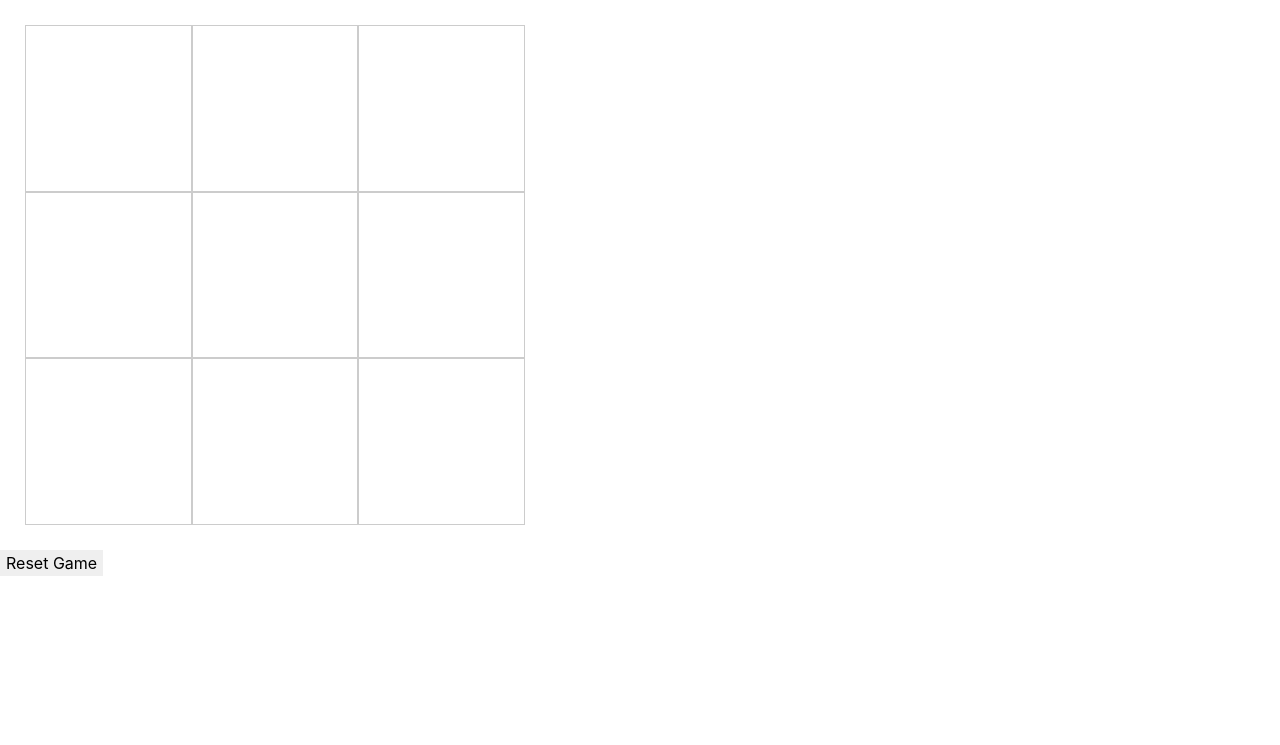
Repository: hoanguyen6611/tuhocreact
Page: / (app in my-app/)
These files come from the project's save history. The page is drawn as it stood at one moment and after a run of saves; the edit follows.
The browser window is 1280 px wide. The pictures show the whole page.
The project was rebuilt for these pictures with package versions that can differ from the ones it lists, and the page was loaded fresh each time.

Above is the page before, as saved 2022-04-07 12:31:26.

### my-app/src/App.js
import './App.css';
import Game from './components/tictactoe/Game';

function App() {
  return (
    <div>
      <Game></Game>
    </div>
  );
}

export default App;

### my-app/src/App.css
*, *::before, *::after {
  box-sizing: border-box;
}
* {
  margin: 0;
}

html, body {
  height: 100%;
}
body {
  line-height: 1.5;
  -webkit-font-smoothing: antialiased;
  -webkit-tap-highlight-color: rgba(0,0,0,0);
}

img, picture, video, canvas, svg {
  display: block;
  max-width: 100%;
}
input, button, textarea, select {
  font: inherit;
  outline: none;
  border: none;
}
p, h1, h2, h3, h4, h5, h6 {
  overflow-wrap: break-word;
}
.youtube-list {
    display: grid;
    grid-template-columns: repeat(4,1fr);
    grid-gap: 25px;
    padding: 25px;
}
.youtube-image {
    height: 250px;
    margin-bottom: 15px;
}
.youtube-image img {
    height: 100%;
    width: 100%;
    object-fit: cover;
}
.youtube-footer {
    display: flex;
    align-items: flex-start;
    gap: 0 20px;
}
.youtube-avatar {
    width: 50px;
    height: 50px;
    border-radius: 100rem;
    object-fit: cover;
    flex-shrink: 0;
}
.youtube-title {
    font-size: 18px;
    margin-bottom: 10px;
}
.youtube-author {
    font-size: 14px;
    color: #999;
    font-weight: 300;
}

### my-app/src/components/tictactoe/Game.js
import React, { useState } from 'react';
import { calculateWinner } from '../../helpers';
import Board from './Board';
import './GameStyles.css'

const Game = () => {
    const [board, setBoard] = useState(Array(9).fill(null));
    const [xIsNext, setXIsNext] = useState(true);
    const winner = calculateWinner(board);
    const handleClick = (index) =>{
        const boardCopy = [...board];
        if(winner || boardCopy[index]) return;
        boardCopy[index] = xIsNext ? 'X' : 'O';
        setBoard(boardCopy);
        setXIsNext(!xIsNext);
    };
    const handleResetGame = ()=> {
        setBoard(Array(9).fill(null));
        setXIsNext(true);
    }
    return (
        <div>
        <Board cells={board} onClick={handleClick}></Board>
        <button onClick={handleResetGame}>Reset Game</button>
        </div>
    );
};

export default Game;

### my-app/src/helpers.js
export function calculateWinner (cells) {
    const lines = [
        [0, 1, 2],
        [3, 4, 5],
        [6, 7, 8],
        [0, 3, 6],
        [1, 4, 7],
        [2, 5, 8],
        [0, 4, 8],
        [2, 4, 6]
    ];
    for (let index = 0; index < lines.length; index++) {
        const [a, b, c] = lines[index];
        if (cells[a] && cells[a]===cells[b] && cells[a]===cells[c]){
            return cells[a];
        }
    }
    return null;
}

### my-app/src/components/tictactoe/Board.js
import React from 'react';
import Cell from './Cell';

const Board = (props) => {
    return (
        <div className="game-board">
            {props.cells.map((item, index) =>(
                <Cell key={index} value={item} onClick={()=>props.onClick(index)}></Cell>
            ))}
        </div>
    );
};

export default Board;

### my-app/src/components/tictactoe/GameStyles.css
.game-board {
    margin: 25px;
    width: 500px;
    height: 500px;
    display: grid;
    grid-template-columns: repeat(3, 1fr);
    grid-template-rows: repeat(3, 1fr);
}
.game-cell {
    border: 1px solid #ccc;
    cursor: pointer;
    display: flex;
    justify-content: center;
    align-items: center;
    font-weight: bold;
    font-size:40px;
}

### my-app/src/components/tictactoe/Cell.js
import React from 'react';

const Cell = (props) => {
    return (
        <div className="game-cell" onClick={props.onClick}>
            {props.value}
        </div>
    );
};

export default Cell;

Loaded but not shown: my-app/public/index.html (common file); my-app/src/index.js (common file); my-app/src/index.css (common file); my-app/src/reportWebVitals.js (common file)

After the next 3 saves:
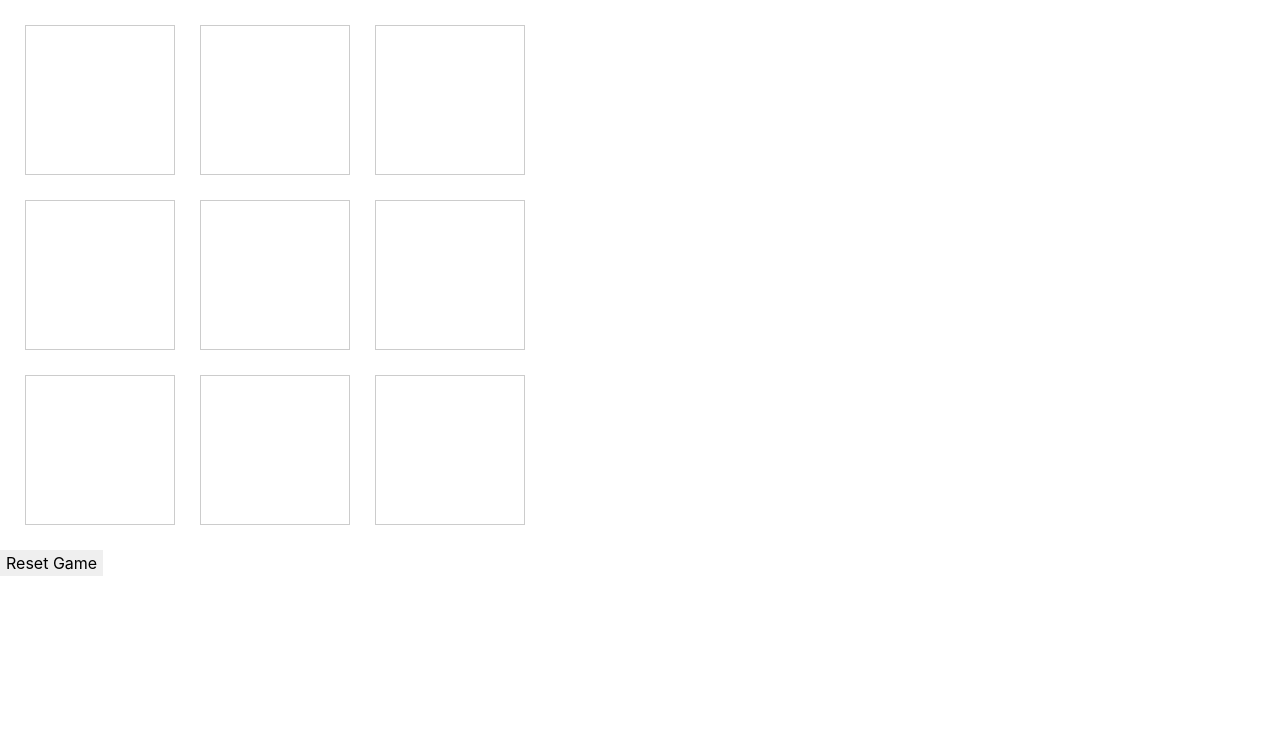
The 3 saves are shown as one change because they came seconds apart.
The last was saved 22 s later.
--- a/my-app/src/components/tictactoe/GameStyles.css
+++ b/my-app/src/components/tictactoe/GameStyles.css
@@ -5,6 +5,7 @@
     display: grid;
     grid-template-columns: repeat(3, 1fr);
     grid-template-rows: repeat(3, 1fr);
+    grid-gap: 25px;
 }
 .game-cell {
     border: 1px solid #ccc;
